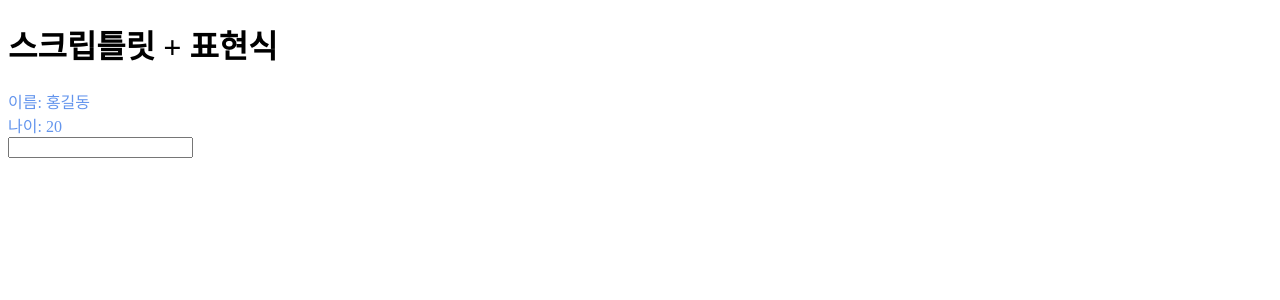
Repository: pengzer1/server
Page: http://localhost/JSPTest/ex05.jsp
The author's editor kept a copy of each file at every save. The page is drawn from the files as they stood at one save, then again after the next save.
The browser window is 1280 px wide. The pictures show the whole page.
The page is served by Tomcat 9.

Above is the page before, as saved 2023-10-17 05:43:44.

### JSPTest/src/main/webapp/ex05.jsp
<%@ page language="java" contentType="text/html; charset=UTF-8"
    pageEncoding="UTF-8"%>
<%
	String name = "홍길동";
	int age = 20;
	String txt = "<input type='text'>";
	String color = "cornflowerblue";
%>
<!DOCTYPE html>
<html>
<head>
<meta charset="UTF-8">
<title>Insert title here</title>
<style>
	div {
		color: <%= color %>;
	}
</style>
</head>
<body>
	<!-- ex05.jsp -->
	<h1>스크립틀릿 + 표현식</h1>

	<div>이름: <%= name %></div>
	<div>나이: <%= age %></div>
	<div><%= txt %></div>
</body>
</html>

After the next save:
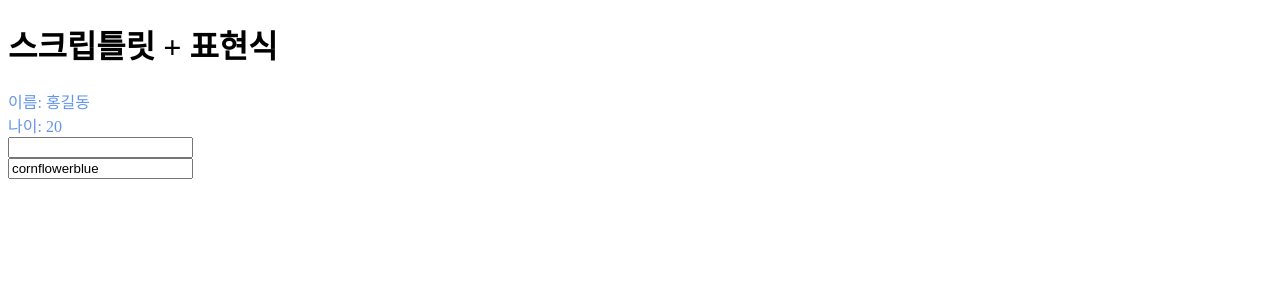
Saved 108 s later.
--- a/JSPTest/src/main/webapp/ex05.jsp
+++ b/JSPTest/src/main/webapp/ex05.jsp
@@ -24,5 +24,6 @@
 	<div>이름: <%= name %></div>
 	<div>나이: <%= age %></div>
 	<div><%= txt %></div>
+	<div><input type="text" value="<%= color %>"></div>
 </body>
 </html>
